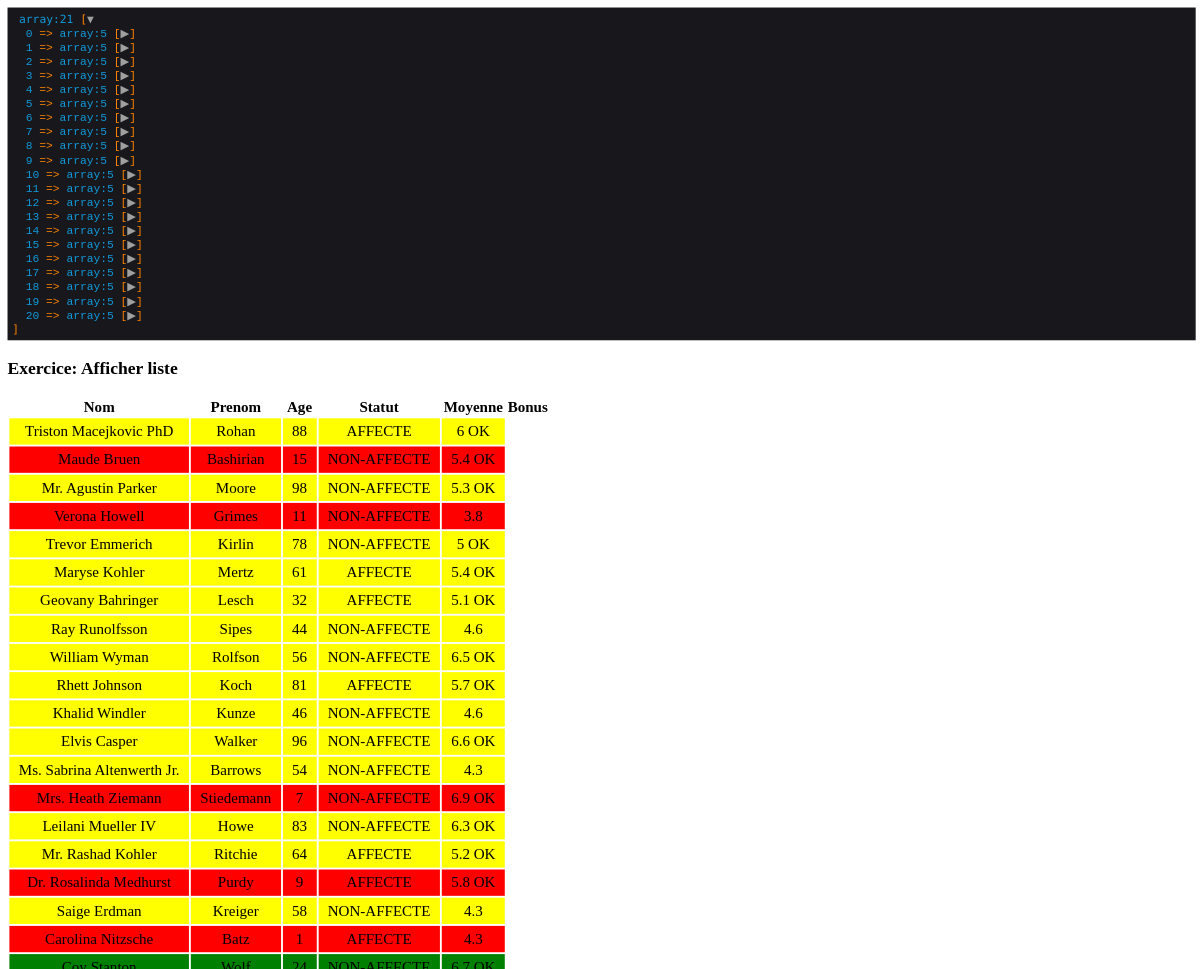
Repository: Bfabien99/PHPREPO
Page: http://localhost/
An editor plug-in stored every save of this project. The page is shown before and after a run of saves, followed by the edit.
The browser window is 1280 px wide. The pictures show the whole page, at 94% of full size.
The page is run by PHP 8.4 with error messages shown; the project is at /var/www/html/.

Above is the page before, as saved 2021-12-10 12:13:41.

After the next 8 saves:
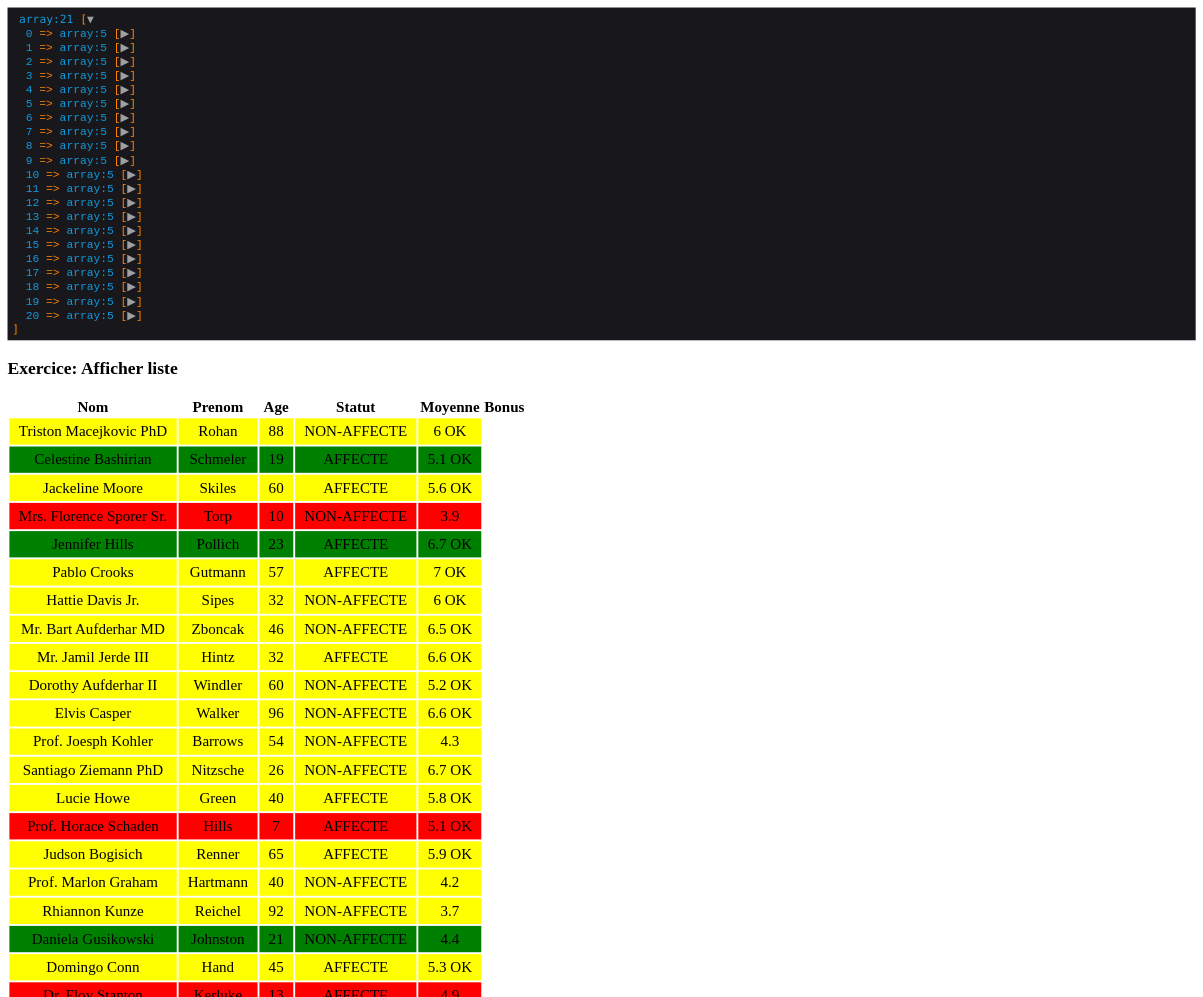
The 8 saves are shown as one change because they came seconds apart.
The last was saved 23 s later.
--- a/MakeFakeData/src/index.php
+++ b/MakeFakeData/src/index.php
@@ -12,8 +12,8 @@ while($i <= 20) {
 	$person["nom"] = $faker->name;
 	$person["prenom"] = $faker->lastName;
 	$person["age"] = $faker->numberBetween($min=1,$max=99);
+
 	$notes = [];
-	$bonus =[];
 	$index = 0;
 	$max = $faker->numberBetween($min=1,$max=10);
 	while($index < $max) {
@@ -22,6 +22,14 @@ while($i <= 20) {
 		$index++;
 	}
 
+	$bonus =[];
+	$ind = 0;
+	$max = $faker->numberBetween($min=1,$max=10);
+	while($index < $max) {
+		$note = $faker->numberBetween($min=1,$max=10);
+		$notes[] = $note;
+		$index++;
+	}
 
 	$person["notes"] = $notes;
 	$person["statut"] = $faker->randomElement(["AFFECTE","NON-AFFECTE"]);
